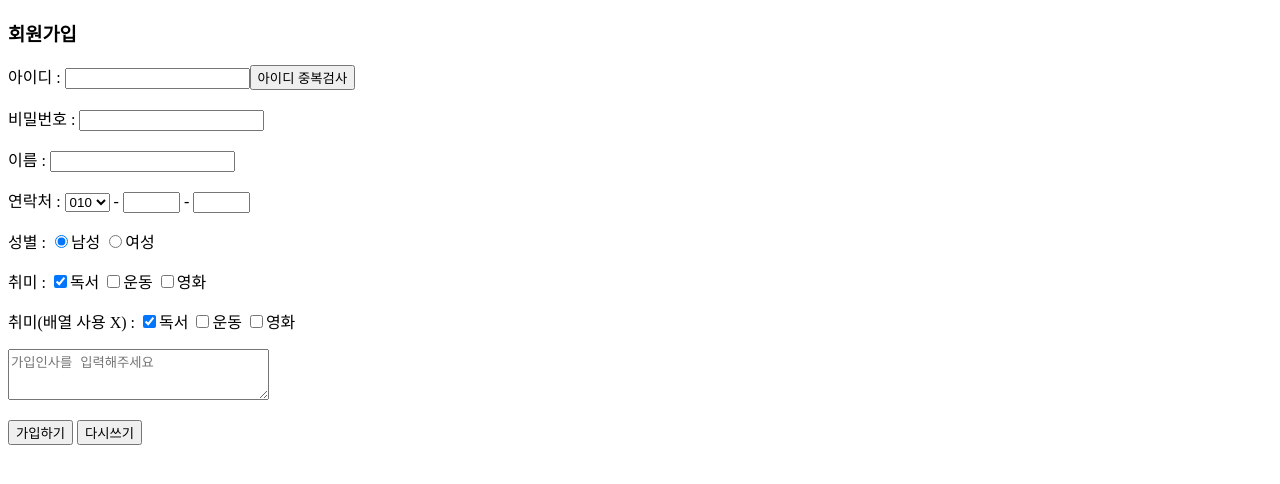
Repository: zhyuk/FullStackStudy
Page: http://localhost/jspfirst/08_05_02_form05.jsp
The author's editor kept a copy of each file at every save. The page is drawn from the files as they stood at one save, then again after the next save.
The browser window is 1280 px wide. The pictures show the whole page.
The page is served by Tomcat 9.

Above is the page before, as saved 2024-08-27 07:45:23.

After the next save:
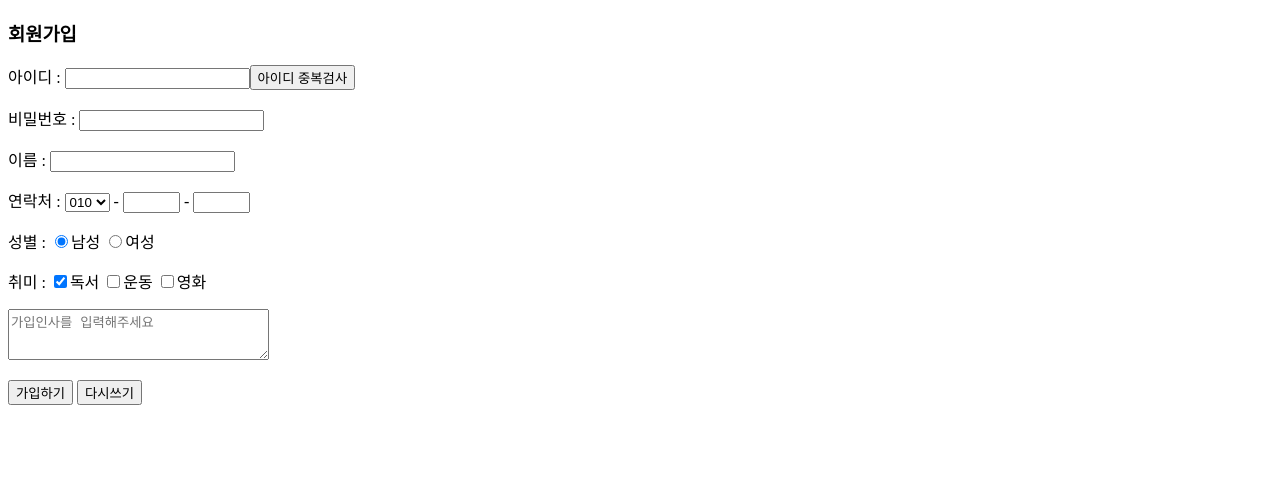
Saved 18 s later.
--- a/jsp/jspwork/jspfirst/src/main/webapp/08_05_02_form05.jsp
+++ b/jsp/jspwork/jspfirst/src/main/webapp/08_05_02_form05.jsp
@@ -35,11 +35,6 @@
 	            <input type="checkbox" name="hobby" value="운동">운동</input>
 	            <input type="checkbox" name="hobby" value="영화">영화</input>
 	        </p>
-   	        <p>취미(배열 사용 X) :
-	            <input type="checkbox" name="hobby1" value="독서" checked>독서</input>
-	            <input type="checkbox" name="hobby2" value="운동">운동</input>
-	            <input type="checkbox" name="hobby3" value="영화">영화</input>
-	        </p>
 	        <p>
 	            <textarea name="comment" cols="30" rows="3" placeholder="가입인사를 입력해주세요"></textarea>
 	        </p>
